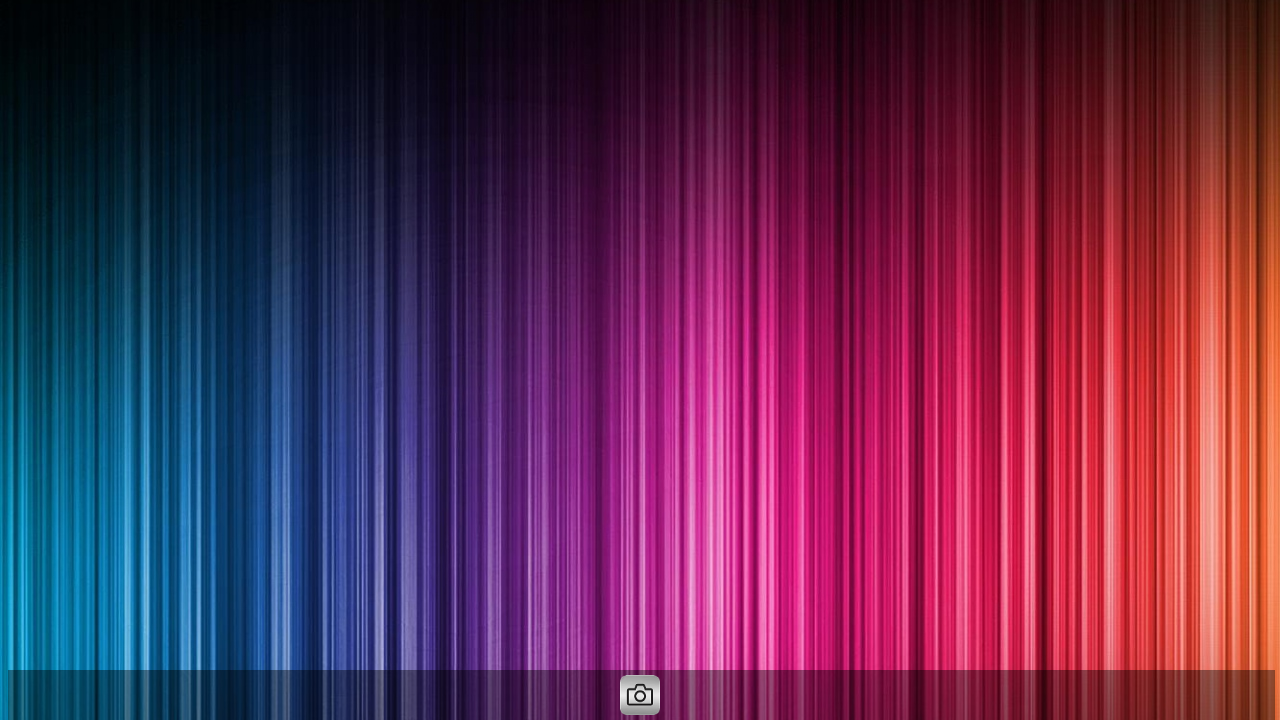
Repository: kn222gp/1dv403-laborationer
Page: 5-pwd/index.html
The author's editor kept a record of every edit. The page is drawn from the files as they stood at one moment, then again after the next edit.
The browser window is 1280 px wide. The pictures show the whole page.
The page's requests for data from a server got no answer.

Above is the page before.

After the next edit:
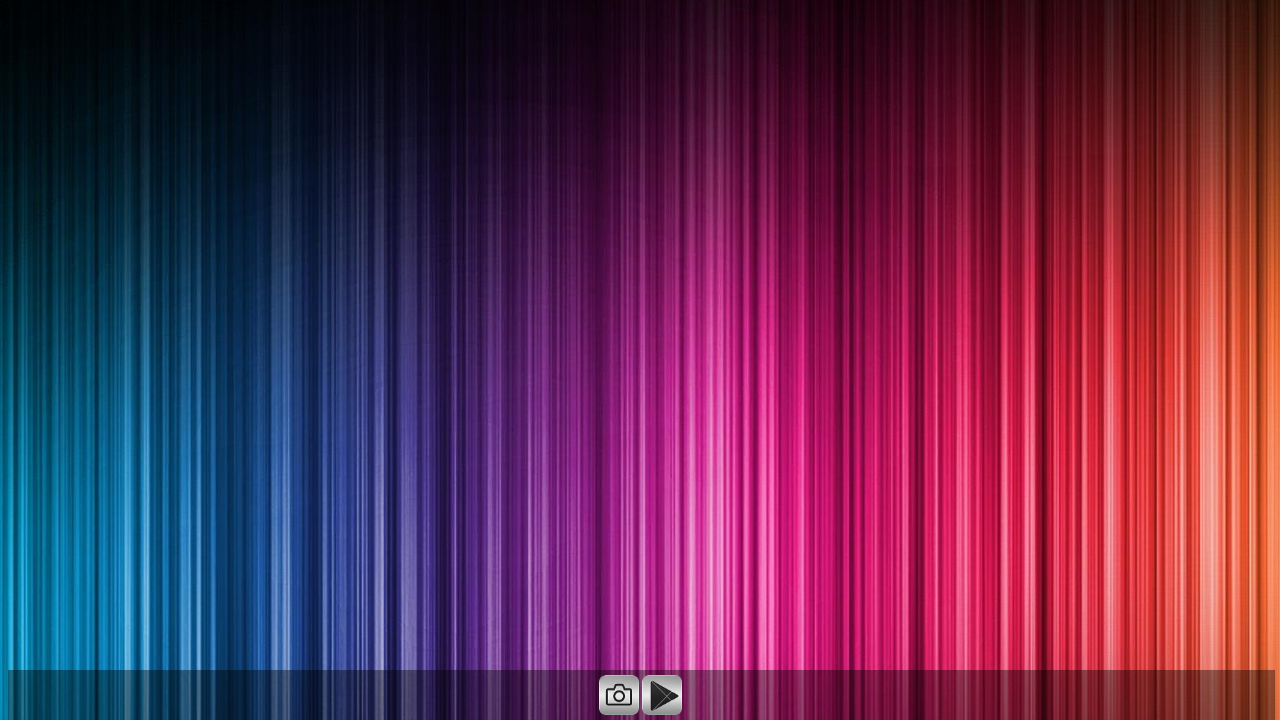
The edit:
--- a/5-pwd/script/script.js
+++ b/5-pwd/script/script.js
@@ -4,7 +4,7 @@
 
     var desk = new Desktop();
     var startBar = new StartBar(desk);
-    var gallery = new Gallery();
 
     startBar.newApp("Gallery", "pics/galleri.png");
+    startBar.newApp("Memory", "pics/memory.png");
 };
